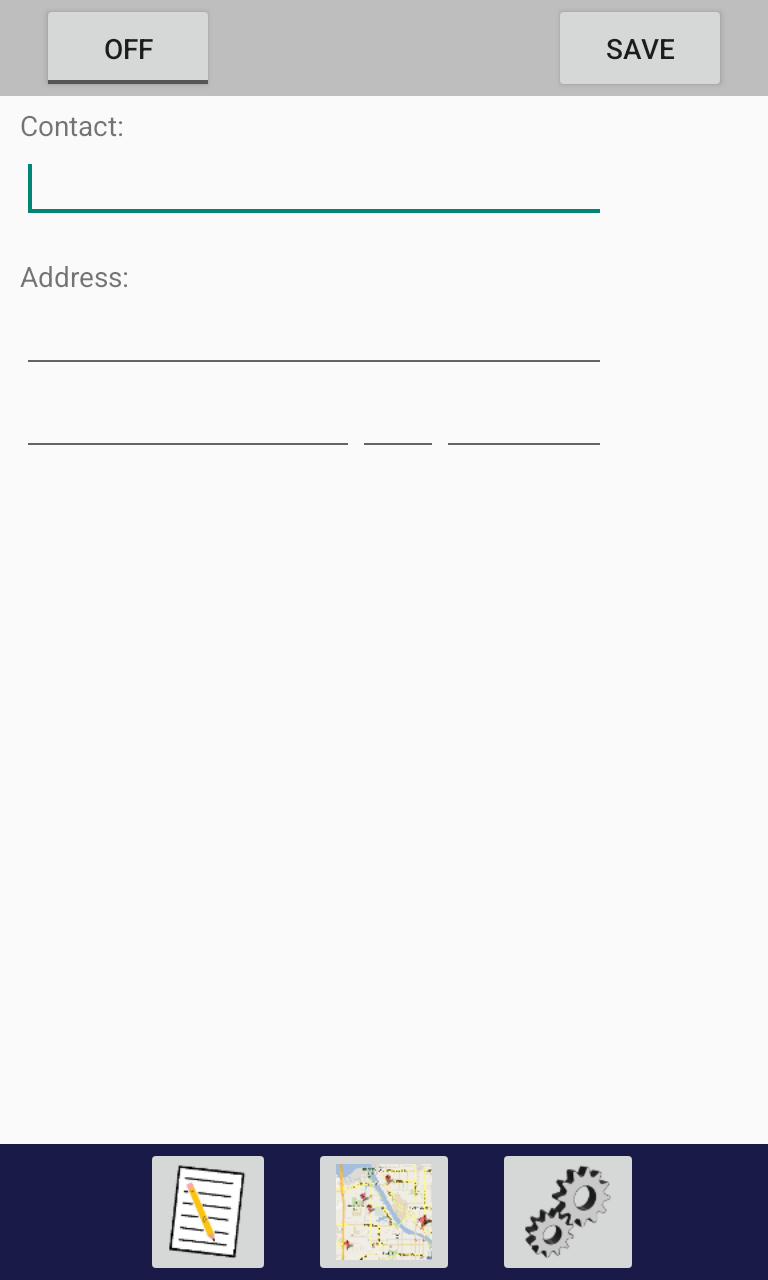
Repository: MobileApps-Cascadia/JenniferBronson_ExercisesChapter5
Layout: MyContactList/res/layout/activity_contact.xml
The author's editor kept a copy of each file at every save. The layout is drawn from the files as they stood at one save, then again after the next save.
It is drawn on a 768 x 1280 px phone screen (xhdpi) without system bars, with theme AppTheme; the app's code is not run.

Above is the layout before, as saved 2014-04-26 22:02:09.

### MyContactList/res/layout/activity_contact.xml
<RelativeLayout xmlns:android="http://schemas.android.com/apk/res/android"
    xmlns:tools="http://schemas.android.com/tools"
    android:layout_width="match_parent"
    android:layout_height="match_parent"
    tools:context=".ContactActivity">


    <RelativeLayout
        android:id="@+id/navbar"
        android:background="@color/navbar_background"
        android:layout_width="fill_parent"
        android:layout_height="wrap_content"
        android:layout_alignParentBottom="true">

        <ImageButton
            android:id="@+id/imageButtonList"
            android:layout_width="wrap_content"
            android:layout_height="wrap_content"
            android:layout_centerVertical="true"
            android:layout_toLeftOf="@+id/imageButtonMap"
            android:layout_marginRight="20dp"
            android:src="@drawable/contactlisticon" />

        <ImageButton
            android:id="@+id/imageButtonMap"
            android:layout_width="wrap_content"
            android:layout_height="wrap_content"
            android:layout_centerVertical="true"
            android:layout_centerHorizontal="true"
            android:layout_toRightOf="@+id/imageButton1"
            android:src="@drawable/mapicon" />

        <ImageButton
            android:id="@+id/imageButtonSettings"
            android:layout_width="wrap_content"
            android:layout_height="wrap_content"
            android:layout_centerVertical="true"
            android:layout_marginLeft="20dp"
            android:layout_toRightOf="@+id/imageButtonMap"
            android:src="@drawable/settingsicon" />

    </RelativeLayout>

    <RelativeLayout
        android:id="@+id/toolbar"
        android:background="@color/toolbar_background"
        android:layout_width="match_parent"
        android:layout_height="wrap_content"
        android:layout_alignParentLeft="true"
        android:layout_alignParentTop="true"
        >

        <ToggleButton
            android:id="@+id/toggleButtonEdit"
            android:layout_width="wrap_content"
            android:layout_height="wrap_content"
            android:layout_alignParentLeft="true"
            android:layout_marginLeft="20dp"
            android:text="ToggleButton" />

        <Button
            android:id="@+id/buttonSave"
            android:layout_width="wrap_content"
            android:layout_height="wrap_content"
            android:layout_alignParentRight="true"
            android:layout_marginRight="20dp"
            android:text="Save" />

    </RelativeLayout>

    <ScrollView
        android:id="@+id/scrollView1"
        android:layout_width="match_parent"
        android:layout_height="wrap_content"
        android:layout_alignParentLeft="true"
        android:layout_below="@+id/toolbar"
        android:layout_above="@+id/navbar" >

        <RelativeLayout
            android:layout_width="match_parent"
            android:layout_height="match_parent"
           >

            <TextView
                android:id="@+id/textContact"
                android:layout_width="wrap_content"
                android:layout_height="wrap_content"
                android:text="Contact:"
                android:textAppearance="?android:attr/textAppearanceSmall"
                android:layout_alignParentLeft="true"
        		android:layout_alignParentTop="true"
        		android:layout_marginLeft="10dp"
        		android:layout_marginTop="5dp"/>

            <EditText android:id="@+id/editName"
                android:layout_width="wrap_content"
                android:layout_height="wrap_content"
                android:layout_alignParentLeft="true"
                android:layout_marginLeft="10dp"
                android:layout_below="@+id/textContact"
                android:ems="14"
                android:imeOptions="actionNext"
                android:inputType="textCapWords">

                <requestFocus/>
            </EditText>

            <TextView
                android:id="@+id/textAddress"
                android:layout_width="wrap_content"
                android:layout_height="wrap_content"
                android:layout_alignParentLeft="true"
                android:layout_below="@+id/editName"
        		android:layout_marginLeft="10dp"
        		android:layout_marginTop="15dp"
        		android:text="Address:"
        		android:textAppearance="?android:attr/textAppearanceSmall"/>

            <EditText android:id="@+id/editAddress"
                android:layout_width="wrap_content"
                android:layout_height="wrap_content"
                android:layout_alignParentLeft="true"
                android:layout_marginLeft="10dp"
                android:layout_below="@+id/textAddress"
                android:ems="14"
                android:imeOptions="actionNext"
                android:inputType="textCapWords">
            </EditText>

        <EditText android:id="@+id/editCity"
                android:layout_width="wrap_content"
                android:layout_height="wrap_content"
                android:layout_alignParentLeft="true"
                android:layout_marginLeft="10dp"
                android:layout_below="@+id/editAddress"
                android:ems="8"
                android:imeOptions="actionNext"
                android:nextFocusDown="@+id/editState"
                android:inputType="textCapWords">
            </EditText>

        <EditText android:id="@+id/editState"
                android:layout_width="wrap_content"
                android:layout_height="wrap_content"
                android:ems="2"
                android:layout_toRightOf="@+id/editCity"
                android:layout_alignBottom="@+id/editCity"
                android:maxLength="2"
                android:imeOptions="actionNext"
                android:nextFocusDown="@+id/editZipCode"
                android:inputType="textCapCharacters">
            </EditText>

        <EditText android:id="@+id/editZipcode"
                android:layout_width="wrap_content"
                android:layout_height="wrap_content"
                android:ems="4"
                android:layout_toRightOf="@+id/editState"
                android:layout_alignBottom="@+id/editState"
                android:maxLength="5"
                android:imeOptions="actionNext"
                android:nextFocusDown="@+id/editHome"
                android:inputType="numberSigned">
            </EditText>



        </RelativeLayout>
    </ScrollView>

</RelativeLayout>

### MyContactList/res/values/color.xml
<?xml version="1.0" encoding="utf-8"?>
<resources>
    <color name="navbar_background">#1a1a48</color>
    <color name="toolbar_background">#bebebe</color>

</resources>

Loaded but not shown: MyContactList/res/values/styles.xml (common file); MyContactList/res/values-v11/styles.xml (common file); MyContactList/res/values-v14/styles.xml (common file)

After the next save:
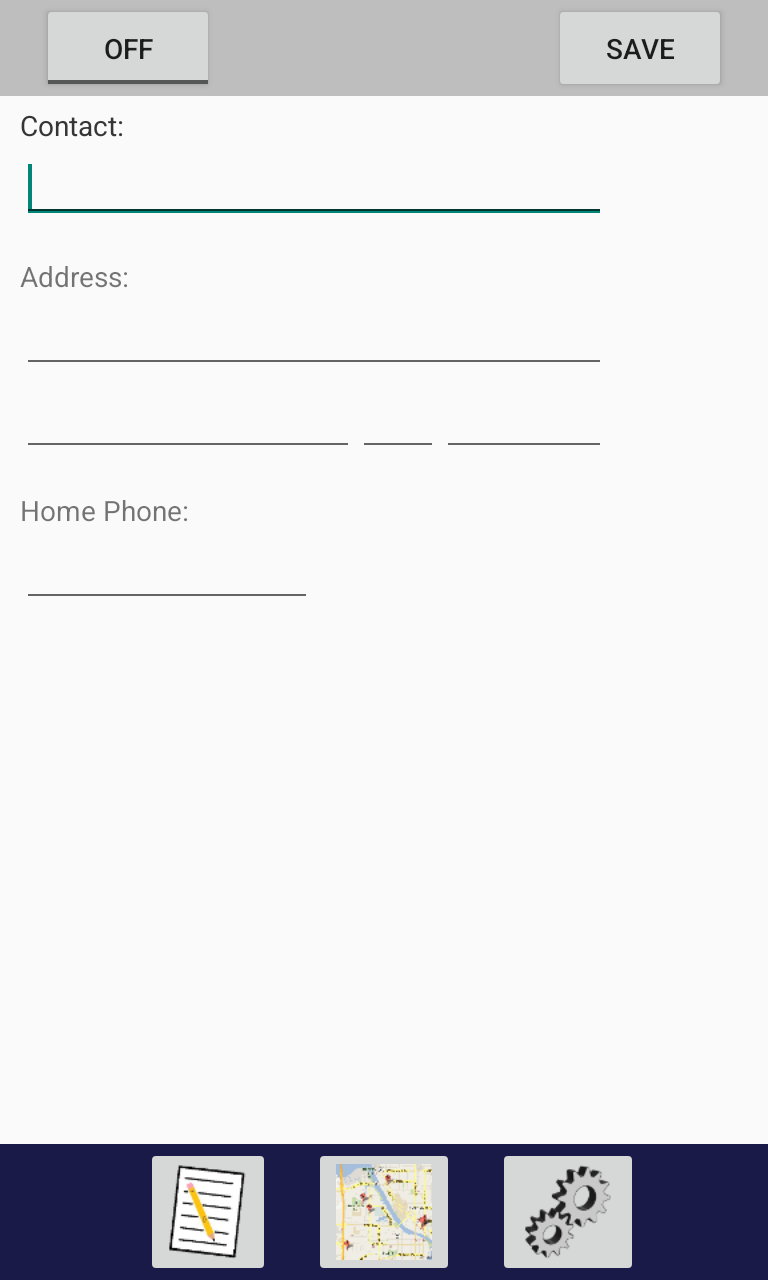
Saved 8 min 2 s later.
--- a/MyContactList/res/layout/activity_contact.xml
+++ b/MyContactList/res/layout/activity_contact.xml
@@ -165,6 +165,57 @@
 
 
 
+
+
+
+        <TextView
+                android:id="@+id/textHome"
+                android:layout_width="wrap_content"
+                android:layout_height="wrap_content"
+                android:text="Home Phone:"
+                android:layout_alignParentLeft="true"
+        		android:layout_marginLeft="10dp"
+        		android:layout_marginTop="15dp"
+        		android:layout_below="@+id/editCity"
+        		/>
+
+            <EditText android:id="@+id/editHome"
+                android:layout_width="wrap_content"
+                android:layout_height="wrap_content"
+                android:layout_alignParentLeft="true"
+                android:layout_marginLeft="10dp"
+                android:layout_below="@+id/textHome"
+                android:ems="7"
+                android:maxLength="14"
+                android:imeOptions="actionNext"
+                android:nextFocusDown="@+id/editCell"
+                android:inputType="phone">
+
+            </EditText>
+
+            <TextView
+                android:id="@+id/textCell"
+                android:layout_width="wrap_content"
+                android:layout_height="wrap_content"
+                android:text="Contact:"
+                android:textAppearance="?android:attr/textAppearanceSmall"
+                android:layout_alignParentLeft="true"
+        		android:layout_alignParentTop="true"
+        		android:layout_marginLeft="10dp"
+        		android:layout_marginTop="5dp"/>
+
+            <EditText android:id="@+id/editCell"
+                android:layout_width="wrap_content"
+                android:layout_height="wrap_content"
+                android:layout_alignParentLeft="true"
+                android:layout_marginLeft="10dp"
+                android:layout_below="@+id/textContact"
+                android:ems="14"
+                android:imeOptions="actionNext"
+                android:inputType="textCapWords">
+
+            </EditText>
+
         </RelativeLayout>
     </ScrollView>
 
